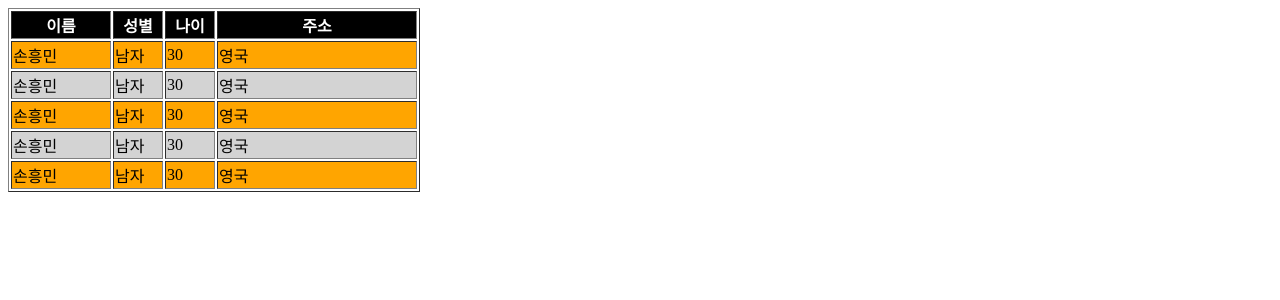
Repository: Junhee1412/front_end_practice
Page: jquery, bootstrap/js01_jquery/public/js06_selector.html
An editor plug-in stored every save of this project. The page is shown before and after the next save, followed by the edit.
The browser window is 1280 px wide. The pictures show the whole page.

Above is the page before, as saved 2022-11-14 05:33:42.

After the next save:
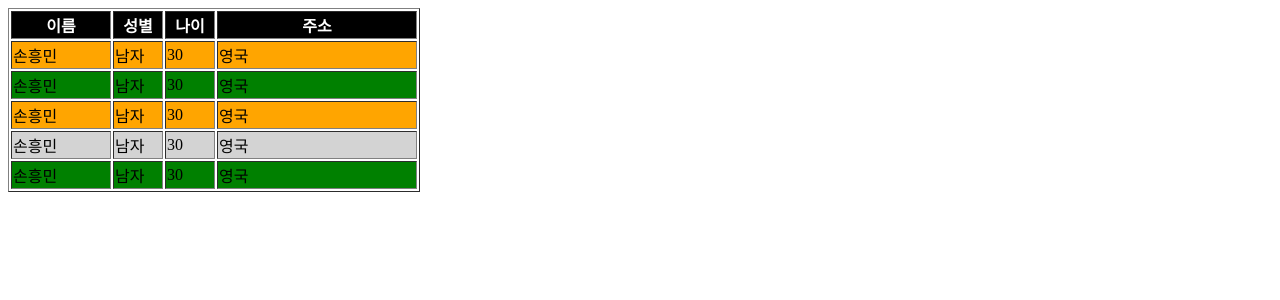
Saved 42 s later.
--- a/jquery, bootstrap/js01_jquery/public/js06_selector.html
+++ b/jquery, bootstrap/js01_jquery/public/js06_selector.html
@@ -12,6 +12,7 @@
 			$('tr:odd').css('background', 'orange');
 			$('tr:even').css('background', 'lightgray');
 			$('tr:eq(0)').css('background', 'black').css('color', 'white');
+			$('tr:nth-child(3n)').css('background','green');
 		});
 	</script>
 </head>
